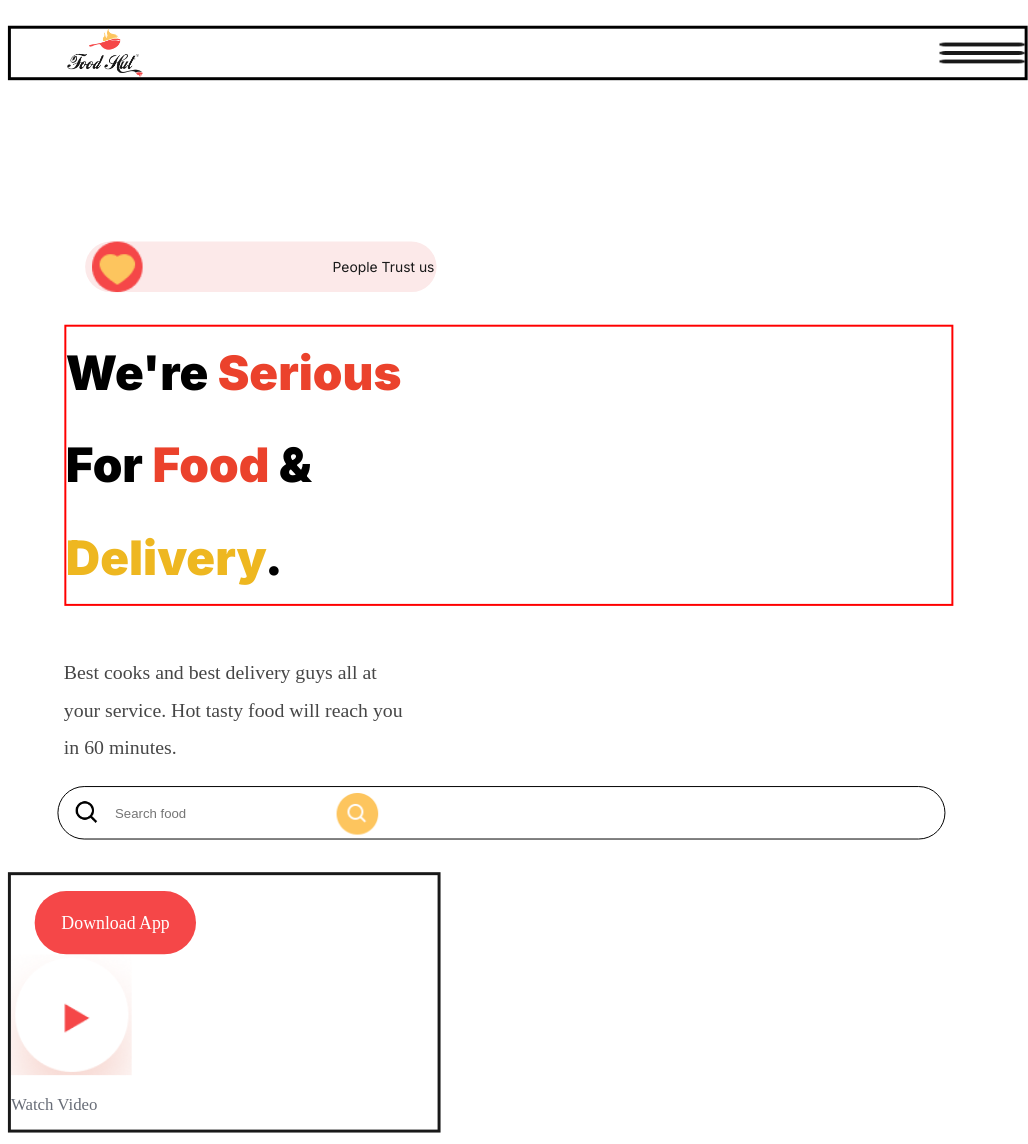
Repository: ReyhanehRahmani/Food-Hut
Page: FoodHut.html
The author's editor kept a copy of each file at every save. The page is drawn from the files as they stood at one save, then again after the next save.
The browser window is 1024 px wide. The page is 1038 px wide, so the pictures cover 1038 px, including what lies to the right of the window. The pictures show the whole page, at 99% of full size.
Some web fonts or font styles are not loaded; a fallback is used.

Above is the page before, as saved 2025-05-28 23:43:58.

### FoodHut.html
<!DOCTYPE html>

<html lang="en">

    <head>

    <meta name="viewport" content="width=device-width, initial-scale=1.0" />

        <title>Food Hut</title>

        <link rel="icon" type="image/jpg" href="favicon.png">

        <link rel="preconnect" href="https://fonts.googleapis.com">

        <link rel="stylesheet" href="FoodHut.css">

        <link rel="preconnect" href="https://fonts.googleapis.com">

        <link rel="preconnect" href="https://fonts.gstatic.com" crossorigin>

        <link href="https://fonts.googleapis.com/css2?family=Inter:ital,opsz,wght@0,14..32,100..900;1,14..32,100..900&display=swap" rel="stylesheet">

        <link rel="preconnect" href="https://fonts.googleapis.com">

        <link rel="preconnect" href="https://fonts.gstatic.com" crossorigin>

        <link href="https://fonts.googleapis.com/css2?family=Sofia+Sans:ital,wght@0,1..1000;1,1..1000&display=swap" rel="stylesheet">

    </head>

    <body>

        <div class="headh">
            <img src="favicon.png" alt="Food Hut logo" class="FoodHutLogo">

            <div class="navlaptop">
                    <p class="mm">Today special offers</p>
                    <p class="mm">Why FoodHut</p>
                    <p class="mm">Our Menu</p>
                    <p class="mm">Our Popular food</p>

            </div>
            <div class="downloadbt"><p>Download App</p></div>
            <img src="slider.png" id="slider">
        </div>



        <div class="maincontainer">
            <div class="container1">

                <div id="HeartBox">
                    <img id="Heart" src="ghalb.png" style="margin-left: 3px;" >
                    <p id="trust">People Trust us</p>
                </div>

                <p id="BigBox1">
                    We're <spsn style="color: rgb(235, 66, 44);">Serious</spsn> <br> For <span style="color: rgb(235, 66, 44);">Food</span> & <br><span style="color: rgb(238, 183, 32);">Delivery</span>.
                </p>
                <p id="BigBox1laptop">
                    We're <spsn style="color: rgb(235, 66, 44);">Serious</spsn>  For <br><span style="color: rgb(235, 66, 44);">Food</span> & <span style="color: rgb(238, 183, 32);">Delivery</span>.
                </p>

                <p id="text1">
                    Best cooks and best delivery guys all at <br>your service. Hot tasty food will reach you<br>in 60 minutes.
                </p>
                <p id="text1laptop">
                    Best cooks and best delivery guys all at your <br>service. Hot tasty food will reach you in 60<br>minutes.
                </p>
                <div class="searchbox">
                    <img src="zarebin2.png" id="zarebin2">
                    <input class="inin" type="text" minlength="3" maxlength="30" placeholder="Search food"></input>
                    <button class="butbut"><img src="zarebin.png" id="zarebin"></button>
                </div>


                <div id="PlayBox">
                    <div id="download"><p>Download App</p></div>
                    <div id="bori1">
                    <img src="playb.png" id="PlayButton">
                    <p id="Watch">Watch Video</p>
                    </div>
                </div>

            </div>
            <img src="pic1.png" id="pic1laptop">

        </div>






    </body>

</html>

### FoodHut.css
/*font family - font size - align items like heart*/

@media screen and (max-width: 1279px){



body {
    font-family: "Inter", sans-serif;

}

.headh{
    border: solid;
    display: flex;
    justify-content: space-between;
    width: 100vw;
    height: 6.739130435vh;
    align-items: center;
    margin-top: 2.608695652%;
}


.FoodHutLogo{
    margin-left: 5.607476636%;
    height: 100%;
}

#slider{
    width: 8.411214953%;
    height: 43.548387097%;
}

/*#NavbarSlider{
    margin-top: 41px;
    margin-right: 5.6vw;
    float: right;
    position: fixed;
    border: 2px solid red;
}

.slider{
    width: 36px;
    height: 5px;
    border-radius: 17px;
    display: flex;
    justify-content: space-between;
    flex-direction: column;
    gap: 6px;
    background: rgba(25, 25, 25, 1);
    margin-right: 24px;

}*/



#HeartBox{
    display: flex;
    justify-content: space-between;
    gap: 1.438848921%;
    width: 35.226415094%;
    height: 4.261796043%;
    align-items: center;
    border-radius: 100px;
    white-space: nowrap;
    background-color: #fce9e9;
    margin-top: 16.228070175%;
    margin-left: 7.710280374%;
}

#trust{
    font-weight: 400;
    font-size: 0.875rem;
    line-height: 100%;
    letter-spacing: 0%;
    /*align-items: center;
    justify-content: center;*/
    color: rgba(25, 25, 25, 1);
    margin-right: 2px;

}

#Heart{
    position: static;
    width: 14.288489209%;
    height: 71.428571429%;
    padding-left: 1.168224299%;
    align-self: center;
}

#BigBox1{
    width: 88.785046729%;
    height: 21.058315335%;
    align-content: center;
    margin-top: 3.225806452%;
    margin-left: 5.607476636%;
    border: 2px solid red;
    font-weight: 900;
    font-size: 3rem;
    line-height: 195%;
    letter-spacing: 0%;
    font-family: "Inter";
}

/*#Box1Paragragh{
    font-weight: 900;
    font-size: 48px;
    line-height: 195%;
    letter-spacing: 0%;
}*/

#text1{
    width: 88.551401869%;
    height: 8.804347826%;
    margin-top: 4.347826087%;
    margin-left: 5.607476636%;
    opacity: 0.8;
    font-family: "Sofia Sans";
    font-weight: 400;
    font-size: 1.25rem;
    line-height: 190%;
    letter-spacing: -1%;
    color: #191919;
    white-space: nowrap;

}

#text1laptop{
    display: none;
}

.searchbox{
    border: solid;
    display: flex;
    border-width: 0.5px;
    border-radius: 100px;
    align-items: center;
    height: 8.709677419%;
    margin-top: 4.35483871;
    width: 88.785046729%;
    margin-left: 4.979253112%;

}

.searchbox .inin{
    border: 0px;
    margin-left: 12px;

}

.searchbox .butbut{
    border: 0px;
    background-color: rgba(127, 255, 212, 0);
    margin-left: 4.324840764%;
}

#zarebin{
    height: 42px;
    padding-top: 5px;

}

#zarebin2{
    width: 28px;
    height: 28px;
    margin-left: 15px;

}

#download{
    width: 37.85046729%;
    height: 4.859611231%;
    margin-top: 3.695652174%;
    margin-left: 5.607476636%;
    border-radius: 100px;
    background: #F54748;
    font-family: Sofia Pro;
    font-weight: 400;
    font-size: 1.125rem;
    line-height: 100%;
    letter-spacing: 0px;
    text-transform: capitalize;
    color:#FFFFFF;
    text-align: center;
    padding-top: 1.187904968%;
    padding-bottom: 1.187904968%;
    display: inline-block;
}

#PlayBox{
    margin-top: 3.260869565%;
    display: flex;
    justify-content: space-between;
    gap: 4.906542056%;
    width: 42.757009346%;
    height: 5.652173913%;
    margin-right: 6.542056075%;
    position: relative;
    overflow: hidden;
    border: #191919 solid;
    display: inline-block;

}

#PlayButton{
    position: relative;
    width: 28.415300546%;
    height: 100%;
}


#Watch{
    font-family: Poppins;
    font-weight: 500;
    font-size: 1.0625rem;
    line-height: 100%;
    letter-spacing: 0%;
    color: #686D77;

}
.navlaptop{
    display: none;
}

.downloadbt{
    display: none;
}

#BigBox1laptop{
    display: none;
}

#pic1laptop{
    display: none;
}

}


@media screen and (min-width: 1280px){

body{
    position: relative;
}

.headh{
    display: flex;
    position: relative;
    align-items: center;
    margin-top: 2.46343341%;
}

.headh .FoodHutLogo{
    width: 8.402777778%;
    height: 6.004618938%;
    margin-left: 5.46875%;

}

.navlaptop {
    display: flex;
    gap: 7.575757576%;
    align-items: center;
    margin-left: 20.75%;

}

.navlaptop .mm{
    font-family: "Sofia Sans";
    font-weight: 400;
    font-size: 1.125rem;
    line-height: 100%;
    letter-spacing: 0px;
    text-transform: capitalize;
    color: #191919;
    white-space: nowrap;
}

.downloadbt{
    position: absolute;
    width: 11.25%;
    line-height: 100%;
    height: 57.692307692%;
    border-radius: 100px;
    background-color: #F54748;
    font-family: "Sofia Sans";
    text-align: center;
    margin-top: 1px;
    color: #FFFFFF;
    font-weight: 400;
    font-size: 18px;
    letter-spacing: 0px;
    text-transform: capitalize;
    margin-left: 84.513888889%;


}

.maincontainer{
    display: flex;
    justify-content: space-between;


}

.container1{
    margin-left: 4.861111111%;
    display: block;
    align-content: center;

}

#HeartBox{
    display: flex;
    justify-content: space-between;
    width: 28.226415094%;
    height: 4.261796043%;
    align-items: center;
    border-radius: 100px;
    white-space: nowrap;
    background-color: #fce9e9;
}

#trust{
    margin-right: 2px;
}

#BigBox1laptop{
    font-family: "Inter";
    font-weight: 900;
    font-size: 3.625rem;
    line-height: 100%;
    letter-spacing: 0%;
    margin-top: 3.04414003%;

}

#BigBox1{
    display: none;
}

#Heart{
    height: 20px;
    width: 20px;
}

#trust{
    font-family: Inter;
    font-weight: 400;
    font-size: 0.875rem;
    line-height: 100%;
    letter-spacing: 0%;

}

#text1{
    font-family: "Sofia Sans";
    font-weight: 400;
    font-size: 1.5rem;
    line-height: 100%;
    letter-spacing: -1%;
    opacity: 0.8;
    margin-top: 3.877419355%;
    color: #191919;

}


.searchbox{
    border: solid;
    display: flex;
    border-width: 0.5px;
    border-radius: 100px;
    align-items: center;
    height: 8.709677419%;
    margin-top: 4.35483871;

}

.searchbox .inin{
    border: 0px;
    margin-left: 12px;

}

.searchbox .butbut{
    border: 0px;
    background-color: rgba(127, 255, 212, 0);
    margin-left: 41.324840764%;
}

#zarebin{
    height: 42px;
    padding-top: 5px;

}

#zarebin2{
    width: 28px;
    height: 28px;
    margin-left: 15px;

}

#pic1laptop{
    width: 47.847222222%;
    height: auto;
}

#PlayBox{
    display: flex;
    height: 8.387096774%;
    margin-top: 4.838709677%;
    align-items: center;
}

#download{
    width: 33.085106383%;
    height: 86.538461538%;
    border-radius: 100px;
    background-color: #F54748;
    font-family: "Sofia Sans";
    text-align: center;
    margin-top: 1px;
    color: #FFFFFF;
    font-weight: 400;
    font-size: 18px;
    line-height: 100%;
    letter-spacing: 0px;
    text-transform: capitalize;


}

#bori1{
    display: flex;
    margin-left: 8.244680851%;
    height: 100%;
    justify-content: space-between;
    gap: 11.475409836%;
}

#Watch{
    font-family: "Sofia Sans";
    font-weight: 300;
    font-size: 17px;
    line-height: 100%;
    letter-spacing: 0%;
    color: #686D77;
    white-space: nowrap;

}

#PlayButton{
    height: 100%;
}
}

After the next save:
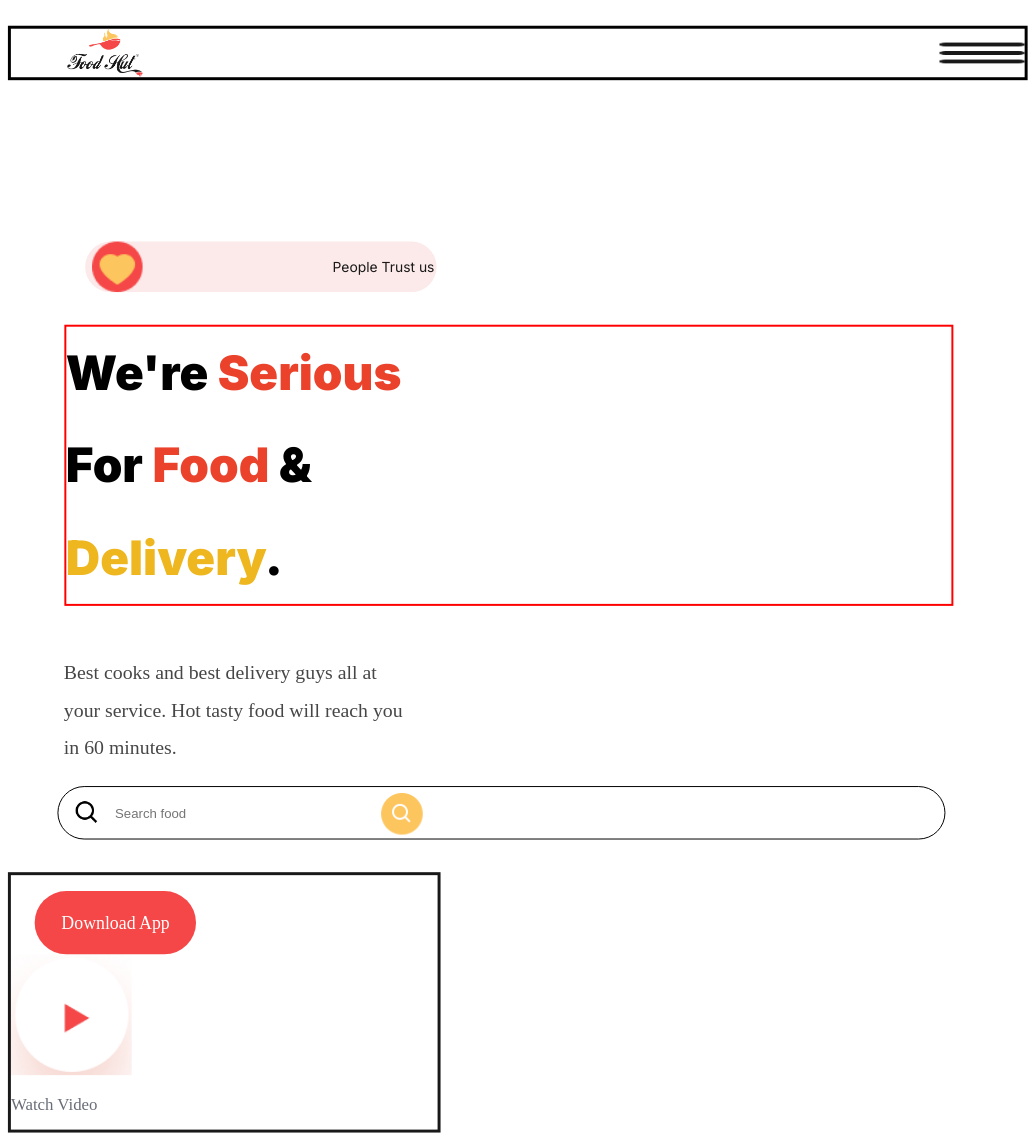
Saved 5 s later.
--- a/FoodHut.css
+++ b/FoodHut.css
@@ -150,7 +150,7 @@ body {
 .searchbox .butbut{
     border: 0px;
     background-color: rgba(127, 255, 212, 0);
-    margin-left: 4.324840764%;
+    margin-left: 9.324840764%;
 }
 
 #zarebin{
